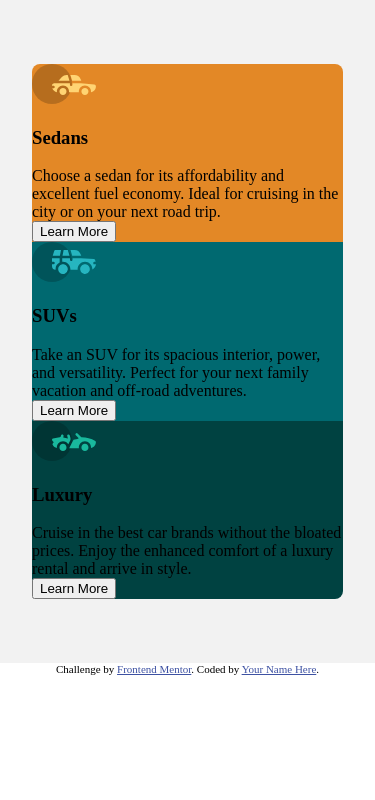
Repository: PratypartyY2K/frontendmentor-challenges
Page: 3-column-card/index.html
An editor plug-in stored every save of this project. The page is shown before and after the next save, followed by the edit.
The browser window is 375 px wide. The pictures show the whole page.

Above is the page before, as saved 2021-07-14 11:43:22.

### 3-column-card/index.html
<!DOCTYPE html>
<html lang="en">
  <head>
    <meta charset="UTF-8" />
    <meta name="viewport" content="width=device-width, initial-scale=1.0" />
    <!-- displays site properly based on user's device -->

    <link
      rel="icon"
      type="image/png"
      sizes="32x32"
      href="./images/favicon-32x32.png"
    />

    <!--font-->
    <link rel="preconnect" href="https://fonts.googleapis.com" />
    <link rel="preconnect" href="https://fonts.gstatic.com" crossorigin />
    <link
      href="https://fonts.googleapis.com/css2?family=Big+Shoulders+Display:wght@700&display=swap"
      rel="stylesheet"
    />
    <link
      href="https://fonts.googleapis.com/css2?family=Inter:wght@400;700&display=swap"
      rel="stylesheet"
    />

    <title>Frontend Mentor | 3-column preview card component</title>

    <link rel="stylesheet" href="style.css" />
  </head>
  <body>
    <div class="card-wrapper">
      <div class="col-1">
        <img src="images/icon-sedans.svg" class="icon" />
        <h3>Sedans</h3>
        <div class="card-content">
          Choose a sedan for its affordability and excellent fuel economy. Ideal
          for cruising in the city or on your next road trip.
        </div>
        <button class="btn">Learn More</button>
      </div>
      <div class="col-2">
        <img src="images/icon-suvs.svg" class="icon" />
        <h3>SUVs</h3>
        <div class="card-content">
          Take an SUV for its spacious interior, power, and versatility. Perfect
          for your next family vacation and off-road adventures.
        </div>
        <button class="btn">Learn More</button>
      </div>
      <div class="col-3">
        <img src="images/icon-luxury.svg" class="icon" />
        <h3>Luxury</h3>
        <div class="card-content">
          Cruise in the best car brands without the bloated prices. Enjoy the
          enhanced comfort of a luxury rental and arrive in style.
        </div>
        <button class="btn">Learn More</button>
      </div>
    </div>

    <div class="attribution">
      Challenge by
      <a href="https://www.frontendmentor.io?ref=challenge" target="_blank"
        >Frontend Mentor</a
      >. Coded by <a href="#">Your Name Here</a>.
    </div>
  </body>
</html>

### 3-column-card/style.css
:root {
    --primary-orange: hsl(31, 77%, 52%);
    --primary-cyan: hsl(184, 100%, 22%);
    --primary-dark-cyan: hsl(179, 100%, 13%);
    --neutral-white: hsla(0, 0%, 100%, 0.75);
    --neutral-gray: hsl(0, 0%, 95%);
}

@media only screen and (max-width: 600px) {
    body {
        margin: 0;
    }

    .card-wrapper {
        background-color: var(--neutral-gray);
        display: flex;
        flex-direction: column;
        padding: 4rem 2rem;
    }

    .col-1 {
        background-color: var(--primary-orange);
        border-radius: 8px 8px 0 0;
    }

    .col-2 {
        background-color: var(--primary-cyan);
    }

    .col-3 {
        background-color: var(--primary-dark-cyan);
        border-radius: 0 0 8px 8px;
    }
}

.attribution {
    font-size: 11px;
    text-align: center;
}
.attribution a {
    color: hsl(228, 45%, 44%);
}

After the next save:
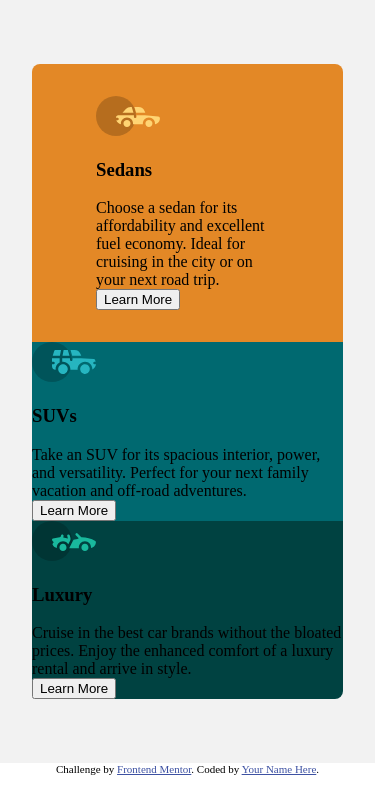
Saved 50 s later.
--- a/3-column-card/style.css
+++ b/3-column-card/style.css
@@ -4,6 +4,7 @@
     --primary-dark-cyan: hsl(179, 100%, 13%);
     --neutral-white: hsla(0, 0%, 100%, 0.75);
     --neutral-gray: hsl(0, 0%, 95%);
+    --col-padding: 2rem 4rem;
 }
 
 @media only screen and (max-width: 600px) {
@@ -21,6 +22,7 @@
     .col-1 {
         background-color: var(--primary-orange);
         border-radius: 8px 8px 0 0;
+        padding: var(--col-padding);
     }
 
     .col-2 {
